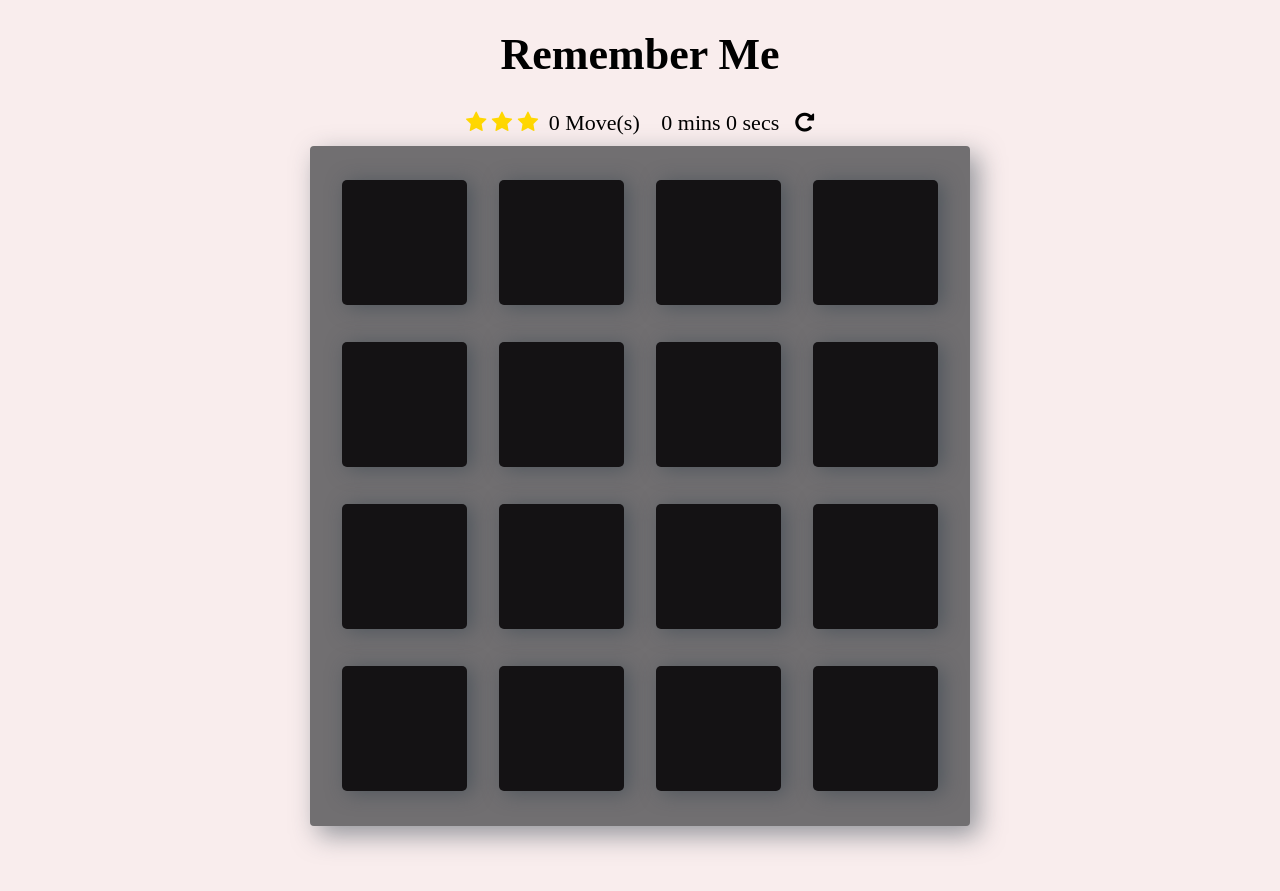
Repository: chrisntaskas/rememberme
Page: index.html
The author's editor kept a record of every edit. The page is drawn from the files as they stood at one moment, then again after the next edit.
The browser window is 1280 px wide. The pictures show the whole page.
Some web fonts or font styles are not loaded; a fallback is used. Some web libraries are served in a nearby version.

Above is the page before.

After the next edit:
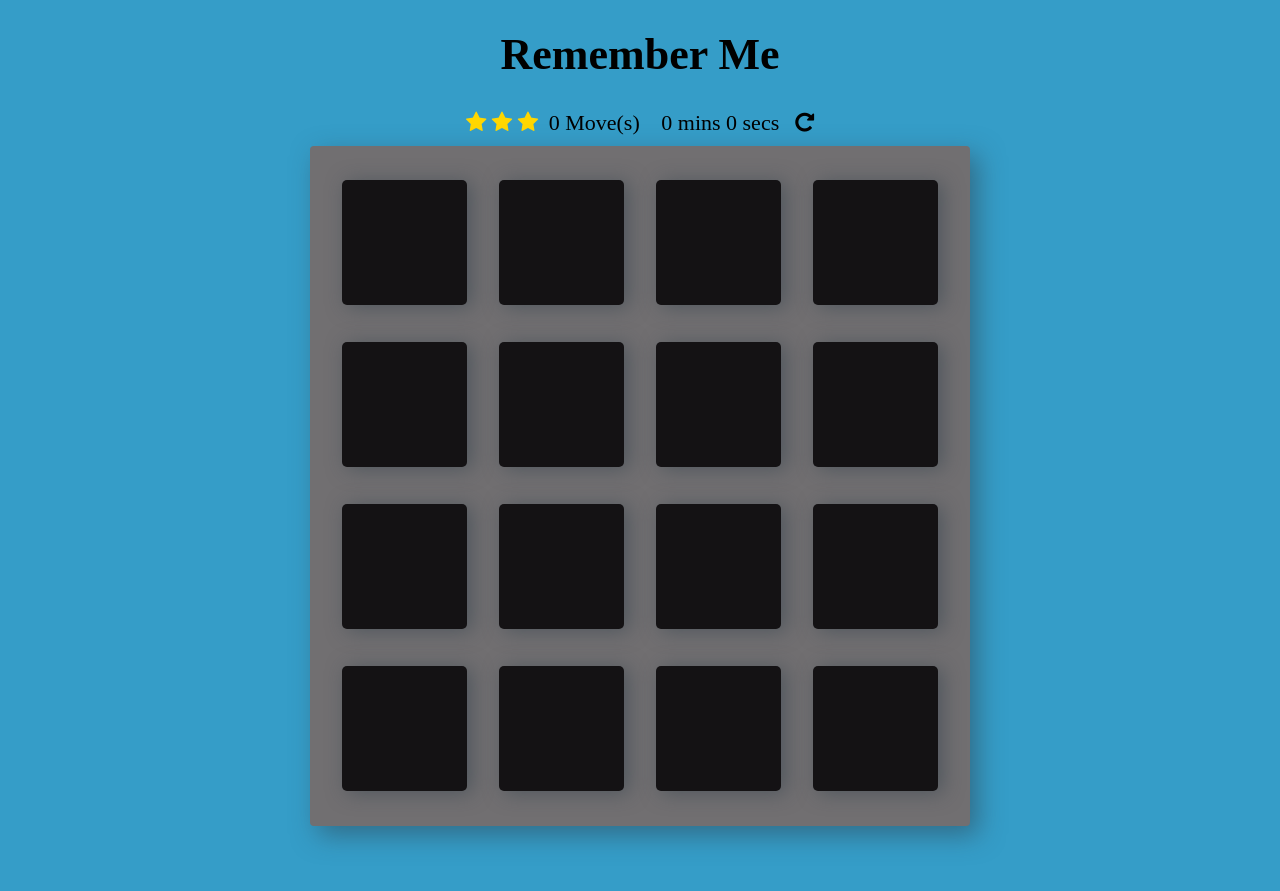
The edit:
--- a/css/app.css
+++ b/css/app.css
@@ -17,7 +17,7 @@
 }
 
 body {
-	background: #f9eded;
+	background: #359DC8;
 	font-family: 'Oswald', cursive;
 	font-size: 16px;
 }
